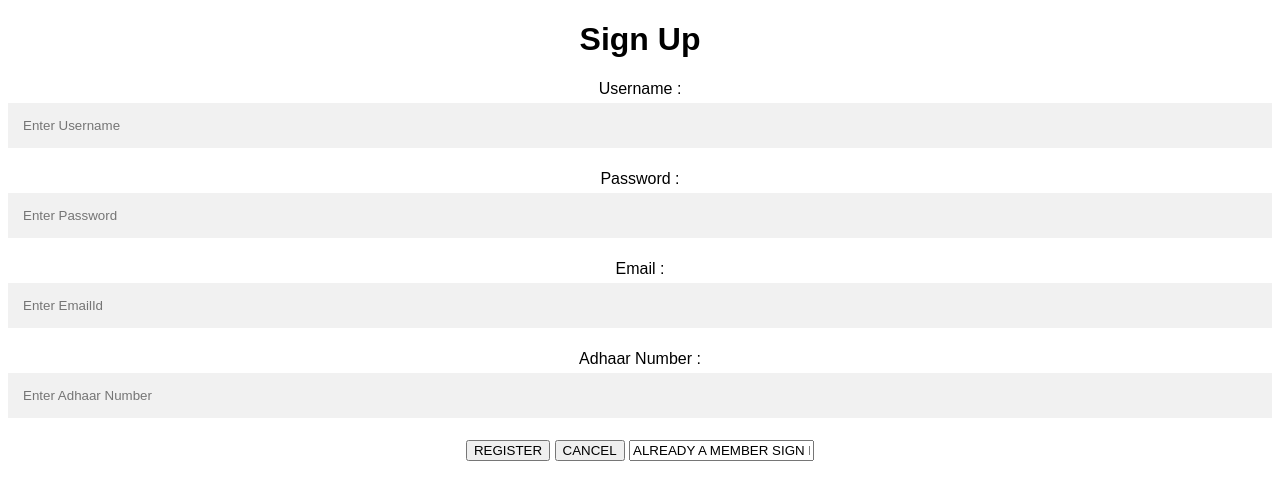
Repository: jchowdapurkar/Java-Project
Page: http://localhost/Registration/registration.jsp
These files come from the project's save history. The page is drawn as it stood at one moment and after the next save; the edit follows.
The browser window is 1280 px wide. The pictures show the whole page.
The page is served by Tomcat 9. Other server files are loaded and not shown.

Above is the page before, as saved 2018-07-16 18:20:29.

### Task Jsp/Registration/WebContent/registration.jsp
<%@ page language="java" contentType="text/html; charset=ISO-8859-1"
    pageEncoding="ISO-8859-1"%>
<!DOCTYPE html PUBLIC "-//W3C//DTD HTML 4.01 Transitional//EN" "http://www.w3.org/TR/html4/loose.dtd">
<html>
<style>
body {font-family: Arial, Helvetica, sans-serif;}
* {box-sizing: border-box}

/* Full-width input fields */
input[type=text], input[type=password],input[type=email] {
    width: 100%;
    padding: 15px;
    margin: 5px 0 22px 0;
    display: inline-block;
    border: none;
    background: #f1f1f1;
}


input[type=text]:focus, input[type=password]:focus, input[type=email]:focus {
    background-color: #ffff;
    outline: none;
}

hr {
    border: 1px solid #f1f1f1;
    margin-bottom: 25px;
}

/* Set a style for all buttons */
button {
    background-color: yellow;
    color: white;
    padding: 14px 20px;
    margin: 8px 0;
    border: none;
    cursor: pointer;
    width: 10%;
    opacity: 0.9;
}

button:hover {
    opacity:0.5;
}

/* Extra styles for the cancel button */
.cancelbtn {
    padding: 14px 20px;
    background-color: #f44336;
}

/* Float cancel and signup buttons and add an equal width */
.cancelbtn, .signupbtn {
  float: left;
  width: 50%;
}

// Add padding to container elements //
.container {
    padding: 16px;
}

/* Clear floats */
.clearfix::after {
    content: "";
    clear: both;
    display: table;
}

/* Change styles for cancel button and signup button on extra small screens */
@media screen and (max-width: 50px) {
    .cancelbtn, .signupbtn {
       width: 10%;
    }
}
</style>
<head>
<meta http-equiv="Content-Type" content="text/html; charset=ISO-8859-1">
<title>Sign Up</title>
</head>
<body>
<div align="center">
<form action = "Registration" method ="post">
<h1>Sign Up</h1>
Username : <input type ="text" placeholder = "Enter Username" name = "username" required="required">
Password : <input type ="password" placeholder = "Enter Password" name = "password"  required="required">
Email : <input type ="Email" placeholder = "Enter EmailId" name = "email" required="required">
Adhaar Number : <input type ="text" placeholder = "Enter Adhaar Number" name="adhaar"  required ="required">
<input type = "submit" value = "REGISTER">
<input type = "submit" value = "CANCEL">
<input type = "link" value = "ALREADY A MEMBER SIGN IN">


</form>
</div>

</body>
</html>

After the next save:
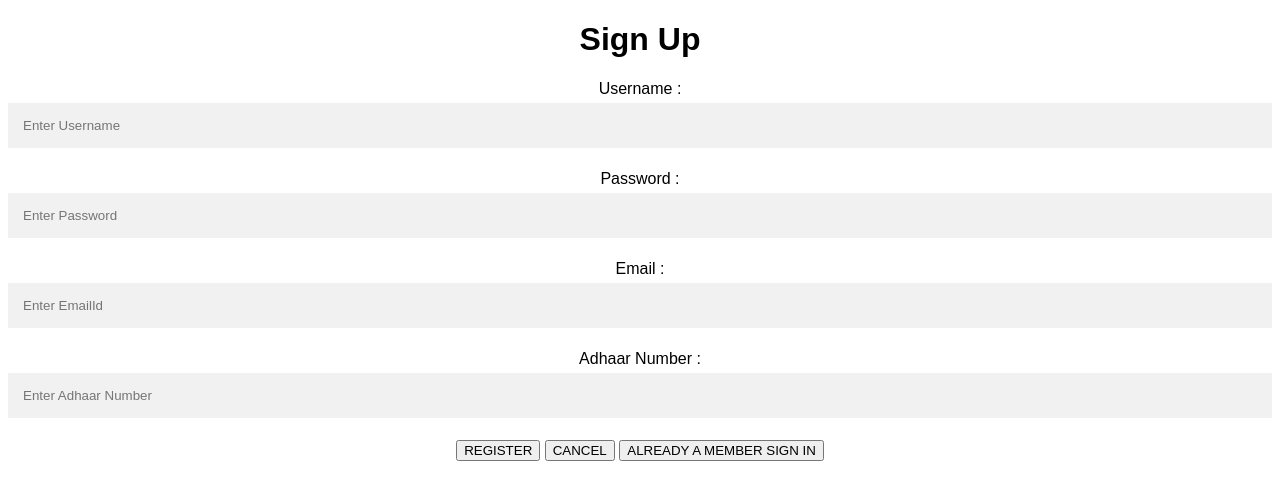
Saved 42 s later.
--- a/Task Jsp/Registration/WebContent/registration.jsp
+++ b/Task Jsp/Registration/WebContent/registration.jsp
@@ -88,7 +88,7 @@ Email : <input type ="Email" placeholder = "Enter EmailId" name = "email" requir
 Adhaar Number : <input type ="text" placeholder = "Enter Adhaar Number" name="adhaar"  required ="required">
 <input type = "submit" value = "REGISTER">
 <input type = "submit" value = "CANCEL">
-<input type = "link" value = "ALREADY A MEMBER SIGN IN">
+<input type = "submit" value = "ALREADY A MEMBER SIGN IN">
 
 
 </form>
